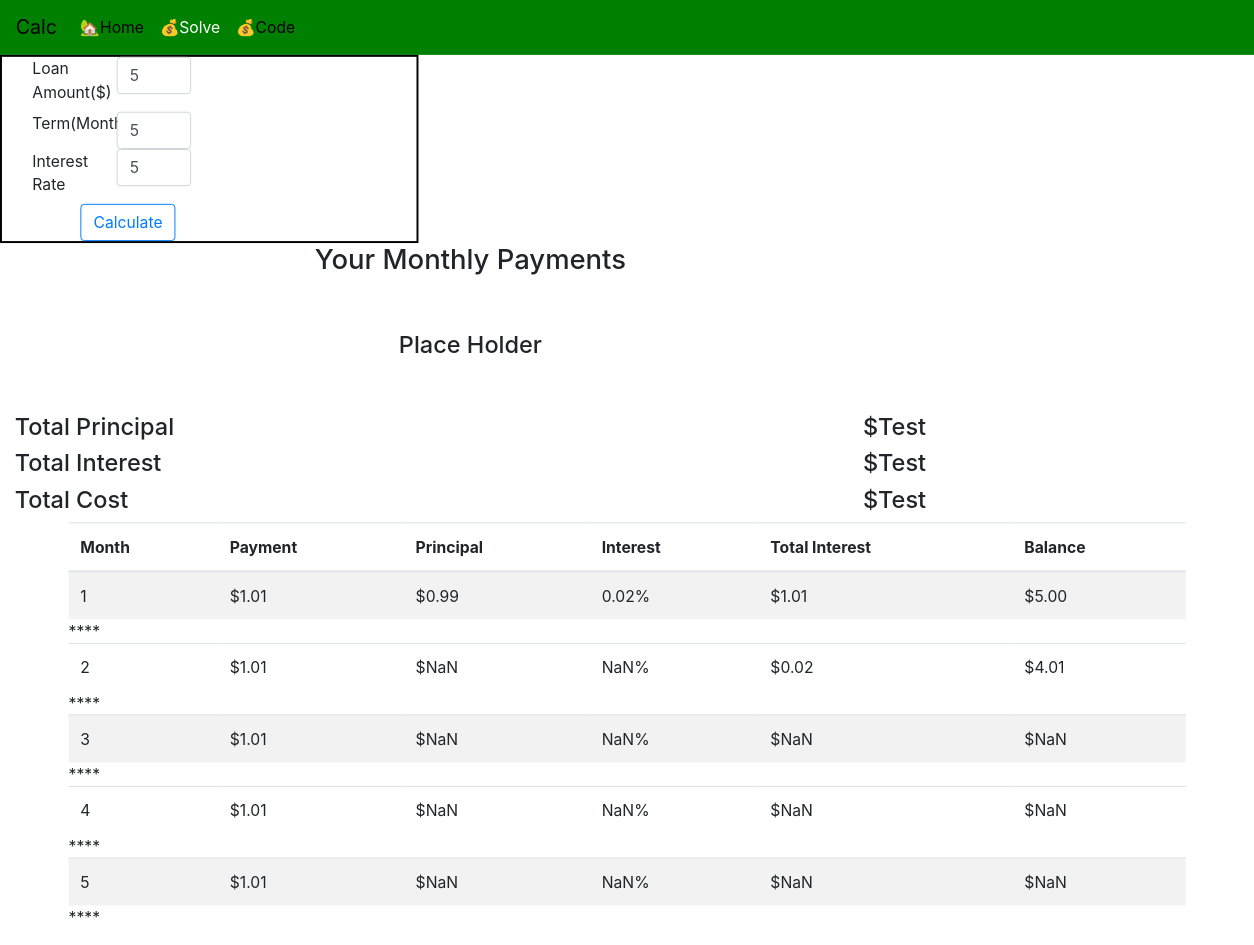
Repository: zhadjah9559/MortgageManager
Page: solve.html
These files come from the project's save history. The page is drawn as it stood at one moment and after a run of saves; the edit follows.
The browser window is 1280 px wide. The pictures show the whole page, at 98% of full size.
Empty fields were first filled with sample values (such as "Sample", 5 or name@example.com).
After loading, the first visible `button.btn` was clicked once.

Above is the page before, as saved 2021-01-16 14:51:43.

### solve.html
<!doctype html>
<html lang="en">
  <head>
    <title>Mortgage Loan Calculator</title>
    <!-- Required meta tags -->
    <meta charset="utf-8">
    <meta name="viewport" content="width=device-width, initial-scale=1, shrink-to-fit=no">

    <!-- Bootstrap CSS -->
    <link rel="stylesheet" href="https://stackpath.bootstrapcdn.com/bootstrap/4.3.1/css/bootstrap.min.css" integrity="sha384-ggOyR0iXCbMQv3Xipma34MD+dH/1fQ784/j6cY/iJTQUOhcWr7x9JvoRxT2MZw1T" crossorigin="anonymous">
    <link rel="stylesheet" href="css/custom.css">
    <link rel="stylesheet" href="css/prism.css">
  </head>
  <body>

    <nav class="navbar navbar-expand-sm navbar-dark" style="background-color: green;">
        <a class="navbar-brand" href="#">Calc</a>
        <button class="navbar-toggler d-lg-none" type="button" data-toggle="collapse" data-target="#collapsibleNavId" aria-controls="collapsibleNavId"
            aria-expanded="false" aria-label="Toggle navigation"></button>
        <div class="collapse navbar-collapse" id="collapsibleNavId">
            <ul class="navbar-nav mr-auto mt-2 mt-lg-0">
                <li class="nav-item ">
                    <a class="nav-link" href="index.html">🏡Home </a>
                </li>
                <li class="nav-item active">
                    <a class="nav-link" href="solve.html">💰Solve <span class="sr-only">(current)</span></a>
                </li>
                <li class="nav-item">
                    <a class="nav-link" href="code.html">💰Code</a>
                </li>
            </ul>
        </div>
    </nav>

    </div>

    <div class="container-fluid">
        <div class="row">

            <div class="col-lg-4" style="border:2px solid black;">
                <div class="row">
                    <div class="col-2 ml-3">
                        <label for="Loan Amount">Loan Amount($)</label>
                    </div>
                    <div class="col-3 ml-3">
                        <input type="number" class="form-control" id="loanAmount" placeholder="100000">
                    </div>
                </div>
                <div class="row">
                    <div class="col-2 ml-3">
                        <label for="Term">Term(Months)</label>
                    </div>
                    <div class="col-3 ml-3">
                        <input type="number" class="form-control" id="months" placeholder="60">
                    </div>
                </div>
                <div class="row">
                    <div class="col-2 ml-3">
                        <label for="Interest Rate">Interest Rate</label>
                    </div>
                    <div class="col-3 ml-3">
                        <input type="number" class="form-control" id="interestRate" placeholder="3.5%">
                    </div>
                </div>
                <div class="row offset-2">
                    <button class="btn btn-outline-primary" type="submit" onclick="calculateLoan()">Calculate</button>
                </div>
            </div>



            <div class="col-lg-9 mr-3" style="border:px solid black;">
                <div class="row justify-content-center">
                    <h3>Your Monthly Payments</h3>
                </div>


                <div class="row justify-content-center mt-5">
                    <h4 id="monthlyPayment">Place Holder</h4>
                </div>


                <div class="row justify-content-center mt-5">
                    <div class="col-3">
                        <h4>Total Principal</h4>
                    </div>
                    <div class="col-3 offset-6">
                        <h4 id="totalPrincipalOutput" class="text-right">$Test</h4>
                    </div>


                    <div class="col-3">
                        <h4>Total Interest</h4>
                    </div>
                    <div class="col-3 offset-6">
                        <h4 id="totalInterestOutput" class="text-right">$Test</h4>
                    </div>


                    <div class="col-3">
                        <h4>Total Cost</h4>
                    </div>
                    <div class="col-3 offset-6">
                        <h4 id="totalCostOutput" class="text-right">$Test</h4>
                    </div>

                </div>
            </div>

        </div>
    </div>


    <div class="container">
        <div class="row">
            <table class="table table-striped">
                <thead>
                    <tr>
                        <th>Month</th>
                        <th>Payment</th>
                        <th>Principal</th>
                        <th>Interest</th>
                        <th>Total Interest</th>
                        <th>Balance</th>
                    </tr>
                </thead>
                <tbody id="tBody">

                </tbody>
            </table>
        </div>
    </div>



    <!-- Optional JavaScript -->
    <!-- jQuery first, then Popper.js, then Bootstrap JS -->
    <script src="https://code.jquery.com/jquery-3.3.1.slim.min.js" integrity="sha384-q8i/X+965DzO0rT7abK41JStQIAqVgRVzpbzo5smXKp4YfRvH+8abtTE1Pi6jizo" crossorigin="anonymous"></script>
    <script src="https://cdnjs.cloudflare.com/ajax/libs/popper.js/1.14.7/umd/popper.min.js" integrity="sha384-UO2eT0CpHqdSJQ6hJty5KVphtPhzWj9WO1clHTMGa3JDZwrnQq4sF86dIHNDz0W1" crossorigin="anonymous"></script>
    <script src="https://stackpath.bootstrapcdn.com/bootstrap/4.3.1/js/bootstrap.min.js" integrity="sha384-JjSmVgyd0p3pXB1rRibZUAYoIIy6OrQ6VrjIEaFf/nJGzIxFDsf4x0xIM+B07jRM" crossorigin="anonymous"></script>
    <script src="js/custom.js"></script>
    <script src="js/prism.js"></script>
  </body>
</html>

### css/custom.css
.navbar-dark .navbar-nav .active>.nav-link{
    color:white;
}
.navbar-dark .navbar-nav .nav-link{
    color:black;
}
.navbar .navbar-brand{
    color:black;
}

### css/prism.css
/* PrismJS 1.23.0
https://prismjs.com/download.html#themes=prism-okaidia&languages=markup+css+clike+javascript&plugins=normalize-whitespace */
/**
 * okaidia theme for JavaScript, CSS and HTML
 * Loosely based on Monokai textmate theme by http://www.monokai.nl/
 * @author ocodia
 */

code[class*="language-"],
pre[class*="language-"] {
	color: #f8f8f2;
	background: none;
	text-shadow: 0 1px rgba(0, 0, 0, 0.3);
	font-family: Consolas, Monaco, 'Andale Mono', 'Ubuntu Mono', monospace;
	font-size: 1em;
	text-align: left;
	white-space: pre;
	word-spacing: normal;
	word-break: normal;
	word-wrap: normal;
	line-height: 1.5;

	-moz-tab-size: 4;
	-o-tab-size: 4;
	tab-size: 4;

	-webkit-hyphens: none;
	-moz-hyphens: none;
	-ms-hyphens: none;
	hyphens: none;
}

/* Code blocks */
pre[class*="language-"] {
	padding: 1em;
	margin: .5em 0;
	overflow: auto;
	border-radius: 0.3em;
}

:not(pre) > code[class*="language-"],
pre[class*="language-"] {
	background: #272822;
}

/* Inline code */
:not(pre) > code[class*="language-"] {
	padding: .1em;
	border-radius: .3em;
	white-space: normal;
}

.token.comment,
.token.prolog,
.token.doctype,
.token.cdata {
	color: #8292a2;
}

.token.punctuation {
	color: #f8f8f2;
}

.token.namespace {
	opacity: .7;
}

.token.property,
.token.tag,
.token.constant,
.token.symbol,
.token.deleted {
	color: #f92672;
}

.token.boolean,
.token.number {
	color: #ae81ff;
}

.token.selector,
.token.attr-name,
.token.string,
.token.char,
.token.builtin,
.token.inserted {
	color: #a6e22e;
}

.token.operator,
.token.entity,
.token.url,
.language-css .token.string,
.style .token.string,
.token.variable {
	color: #f8f8f2;
}

.token.atrule,
.token.attr-value,
.token.function,
.token.class-name {
	color: #e6db74;
}

.token.keyword {
	color: #66d9ef;
}

.token.regex,
.token.important {
	color: #fd971f;
}

.token.important,
.token.bold {
	font-weight: bold;
}
.token.italic {
	font-style: italic;
}

.token.entity {
	cursor: help;
}

### js/custom.js
function calculateLoan(){
    let loanAmount = parseInt( document.getElementById("loanAmount").value )
    let months = parseInt( document.getElementById("months").value )
    //before the very first month
    let remainingBalance = new Array()
    remainingBalance.push( loanAmount )

    //DONT FORGET TO CONVERT THIS TO A PERCENTAGE
    let interestRate = parseInt( document.getElementById("interestRate").value )

    //Keep track of interest payments
    let interestPayment = new Array()

    //Keep track of principal payments
    let principalPayments = new Array()

    //keep track of total interest
    let totalInterest = new Array()

    //END OF DECLARATIONS*******************************************************

    //input validation to make sure interest is solid number
    if(interestRate >= 100){

    }

    //Total Monthly Payment  ***STATIC variable***                                       //(1+rate/1200)^(-NumberOfMonths)
    let totalMonthlyPayment = (loanAmount) * (interestRate/1200) / (1 -   Math.pow( (1 + interestRate/1200) , (-months) ) )


    //loop will perform 60 times meaning you will get 60 indices
    for (let i = 0; i < months; i++) {
        //Interest Payment
        interestPayment.push(  (remainingBalance) * (interestRate/1200)  )

        //totalInterest
        totalInterest.push( (totalMonthlyPayment) - (principalPayments) )

        //principal payment
        principalPayments.push(  totalMonthlyPayment - interestPayment  )

        remainingBalance.push( remainingBalance - principalPayments )
    }






    //will later on be used in order to display output
    let tBody ="";
    for (let i = 0; i < months; i++) {
        tBody += `<tr> <td>${ i+1 }</td>
                       <td>$${  (Math.round(totalMonthlyPayment * 100) / 100).toFixed(2) }</td>
                       <td>$${  (Math.round(principalPayments[i] * 100) / 100).toFixed(2)   }</td>
                       <td>${   (Math.round(interestPayment[i] * 100) / 100).toFixed(2) }%</td>
                     **<td>$${  (Math.round(totalInterest[i] * 100) / 100).toFixed(2)   }</td>**
                       <td>$${  (Math.round(remainingBalance[i] * 100) / 100).toFixed(2)   }</td>
                 </tr>`
    }
    document.getElementById("tBody").innerHTML = tBody


}

Loaded but not shown: js/prism.js (library)

After the next 3 saves:
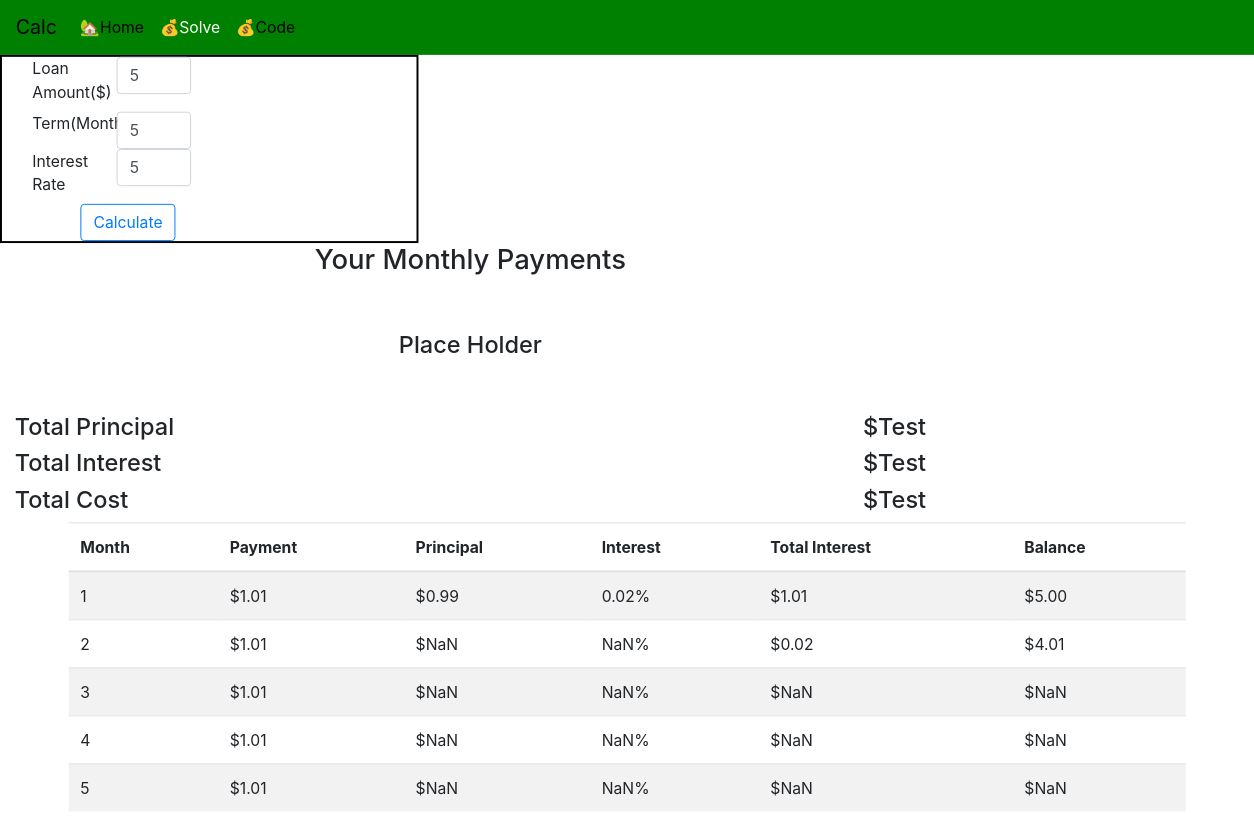
The 3 saves are shown as one change because they came seconds apart.
The last was saved 22 s later.
--- a/js/custom.js
+++ b/js/custom.js
@@ -54,7 +54,7 @@ function calculateLoan(){
                        <td>$${  (Math.round(totalMonthlyPayment * 100) / 100).toFixed(2) }</td>
                        <td>$${  (Math.round(principalPayments[i] * 100) / 100).toFixed(2)   }</td>
                        <td>${   (Math.round(interestPayment[i] * 100) / 100).toFixed(2) }%</td>
-                     **<td>$${  (Math.round(totalInterest[i] * 100) / 100).toFixed(2)   }</td>**
+                       <td>$${  (Math.round(totalInterest[i] * 100) / 100).toFixed(2)   }</td>
                        <td>$${  (Math.round(remainingBalance[i] * 100) / 100).toFixed(2)   }</td>
                  </tr>`
     }
